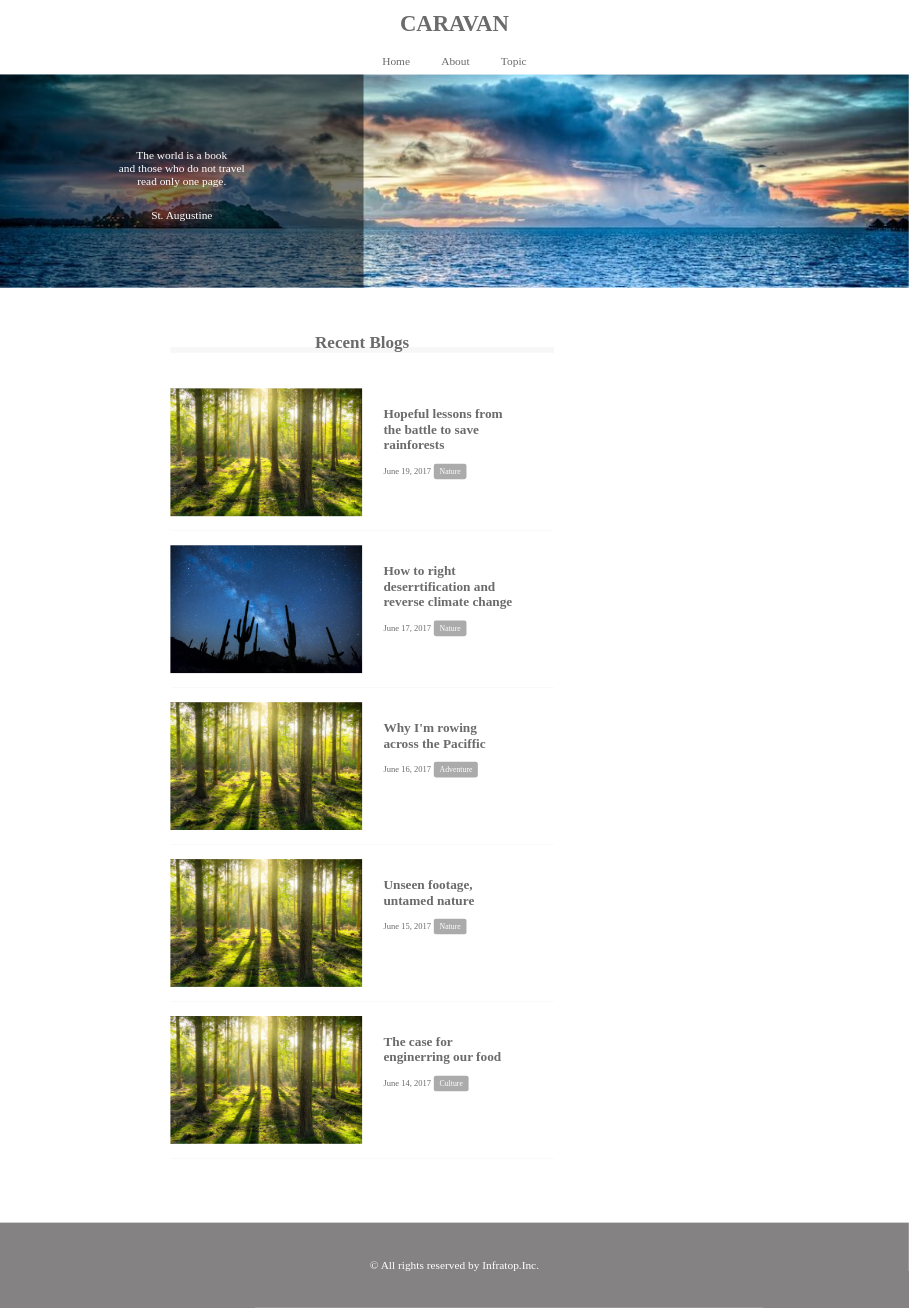
Repository: RAM-OK/git-practice
Page: caravan/index.html
The author's editor kept a record of every edit. The page is drawn from the files as they stood at one moment, then again after the next edit.
The browser window is 1280 px wide. The pictures show the whole page, at 71% of full size.

Above is the page before.

After the next edit:
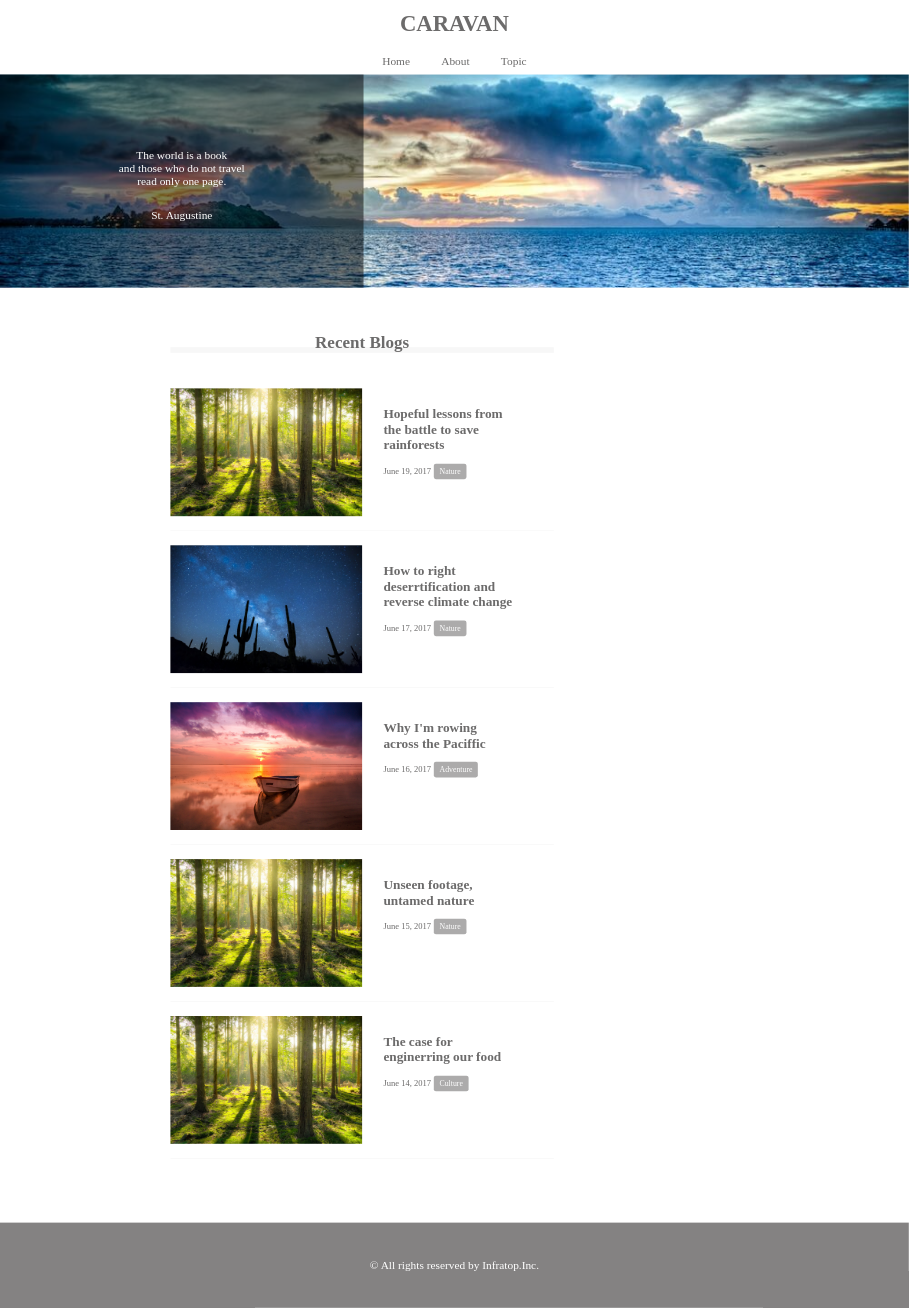
The edit:
--- a/caravan/index.html
+++ b/caravan/index.html
@@ -76,7 +76,7 @@
           </section>
         </div>
         <div class="blog-item">
-          <img class="blog-image" src="img/forest.jpg">
+          <img class="blog-image" src="img/sunset.jpg">
           <section class="blog-text">
             <h3 class="blog-text-heading">
               <a href="single.html">
